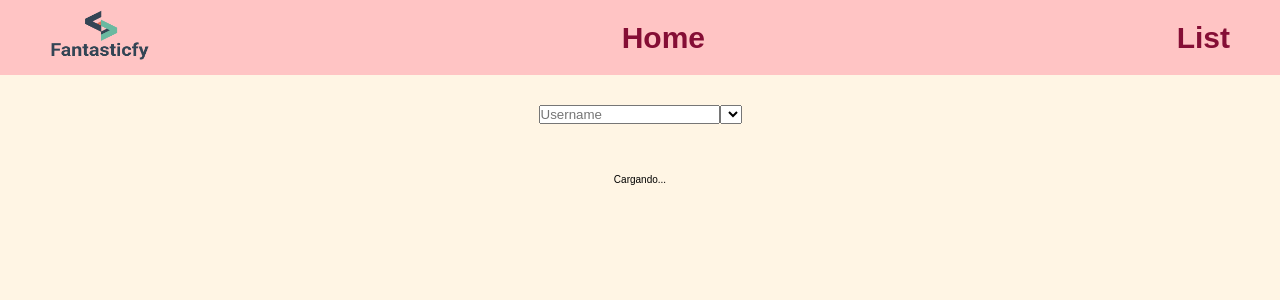
Repository: ChristianGecchelin/fullstack-react-node-fantasticfy
Page: /user-list (app in front/)
The author's editor kept a copy of each file at every save. The page is drawn from the files as they stood at one save, then again after the next save.
The browser window is 1280 px wide. The pictures show the whole page.
The page's requests for data from a server got no answer. The project was rebuilt for these pictures with package versions that can differ from the ones it lists, and the page was loaded fresh each time. No one was signed in, and anything a server would have sent is missing. Also part of the build but not shown: front/src/Components/UserCard/index.css, front/src/Components/UserCard/index.jsx, front/src/Pages/UserProfile.jsx, front/src/App.css.

Above is the page before, as saved 2022-09-05 18:04:36.

### front/src/index.css
:root{
  --main-color:#FFF5E4;
  --secondary-color:#FFC4C4;
  --third-color:#EE6983;
  --fourth-color:#850E35;
}
* {
  margin: 0;
  padding: 0;
  box-sizing: border-box;
}
html {
  font-size: 62.5%;
  font-family: sans-serif;
}
html,body{
  background-color:var(--main-color)
}
ul{
  list-style: none;
}
a{
  text-decoration: none;
}

### front/src/App.js
import { Routes, Route, Link } from "react-router-dom";
import { UserList } from "./Pages/UserList";
import { UserProfile } from "./Pages/UserProfile";
import { Nav } from "./Components/nav/Nav";
import "./App.css";

function App() {
  return (
    <div className="App">
      <Nav />
      <Routes>
        <Route path="/user-list" element={<UserList />} />
        <Route path="/user-profile/:id" element={<UserProfile />} />
      </Routes>
    </div>
  );
}

export default App;

### front/src/Pages/UserList.jsx
import { useEffect, useState } from "react";
import axios from "axios";
import { UserCard } from "../Components/UserCard";
import "./index.css";
export const UserList = () => {
  const [list, setList] = useState([]);
  const [inmutableList, setInmutableList] = useState([]);
  const [genderArray, setGenderArray] = useState([]);
  const [selectValue, setSelectValue] = useState("");
  const [input, setInput] = useState("");

  const getGenderArray = () => {
    if (list) {
      const genders = inmutableList.map((user) => {
        return user.gender;
      });
      let result = genders.filter((item, index) => {
        return genders.indexOf(item) === index;
      });
      setGenderArray(result);
    }
  };
  const getUsers = async () => {
    const response = await axios.get("http://localhost:5005/users");
    setList(response.data);
    setInmutableList(response.data);
  };

  const filterUsersBySelect = () => {
    const filter = inmutableList.filter((user) => {
      return user.gender === selectValue;
    });
    setList(filter);
  };

  const filterByName = () => {
    let result = inmutableList.filter(
      (el) =>
        el.first_name.includes(input) ||
        el.last_name.includes(input) ||
        el.username.includes(input)
    );

    setList(result);
  };

  const handleChangeInput = (e) => {
    setInput(e.target.value);
  };

  const handleChangeSelect = (e) => {
    setSelectValue(e.target.value);
  };

  useEffect(() => {
    getUsers();
  }, []);

  useEffect(() => {
    getGenderArray();
  }, [list]);

  useEffect(() => {
    filterUsersBySelect();
  }, [selectValue]);
  useEffect(() => {
    filterByName();
  }, [input]);
  return (
    <section className="section-page">
      <div className="container--search-bar">
        <input
          type="text"
          value={input}
          onChange={handleChangeInput}
          placeholder="Username"
        />
        <select value={selectValue} onChange={handleChangeSelect}>
          {genderArray.map((gender) => {
            return (
              <option key={gender} value={gender}>
                {gender}
              </option>
            );
          })}
        </select>
      </div>
      <div className="card-list">
        {list.length > 0 ? (
          list.map((user) => {
            return (
              <UserCard
                key={user.id}
                user={user}
                users={list}
                setInmutableList={setInmutableList}
                setList={setList}
              />
            );
          })
        ) : (
          <p>Cargando...</p>
        )}
      </div>
    </section>
  );
};

### front/src/Components/nav/Nav.jsx
import React from "react";
import { Link } from "react-router-dom";
import logo from "../../Assets/logo-fantasticfy.webp";
import "./index.css";
export const Nav = () => {
  return (
    <nav>
      <ul>
        <li>
          <Link to="/">
            <img src={logo} alt="fantasticfy" />
          </Link>
        </li>
        <li>
          <Link to="/">
            <h2>Home</h2>
          </Link>
        </li>
        <li>
          <Link to="/user-list">
            <h2>List</h2>
          </Link>
        </li>
      </ul>
    </nav>
  );
};

### front/src/Pages/index.css
.section-page{
    display: flex;
    flex-direction: column;
    flex-wrap: wrap;
    justify-content: center;
    align-items: center;
    padding: 30px;
    gap: 50px;
}

.card-list{
    display: flex;
    flex-direction: row;
    flex-wrap: wrap;
    justify-content: center;
    align-items: center;
    gap: 60px;
}
.container-user{
    display: flex;
    flex-direction: row;
    justify-content: center;
    align-items:center;
    flex-wrap: wrap;
    gap: 50px;
    padding: 50px 10px;
}
.container-user .img-user{
    height: 250px;
}
.section-relatedUsers{
    display: flex;
    flex-direction: column;
    justify-content: center;
    align-items:center;
    width:100%;
    gap: 60px;
}
.container-relatedUsers{
    display: flex;
    flex-direction: row;
    flex-wrap: wrap;
    justify-content: center;
    align-items:center;
    gap: 60px;
}
.container-info{
    display: flex;
    flex-direction: column;
    justify-content: flex-end;
    align-items:flex-start;
    font-size: 2rem;
    text-align: left;
    gap: 5px;
}

### front/src/Components/nav/index.css
nav{
    height: auto;
    background-color: var(--secondary-color);
}
nav ul{
    display: flex;
    flex-direction: row;
    justify-content: space-between;
    align-items: center;
    padding: 10px 50px;
}
nav a{
    font-size: 2rem;
    line-height: 2.3rem;
    color: var(--fourth-color);
}
nav img{
    width: 100px;
    height: 50px;
}
nav a:visited{
    color: var(--fourth-color);
}

Loaded but not shown: front/public/index.html (common file); front/src/index.js (common file)

After the next save:
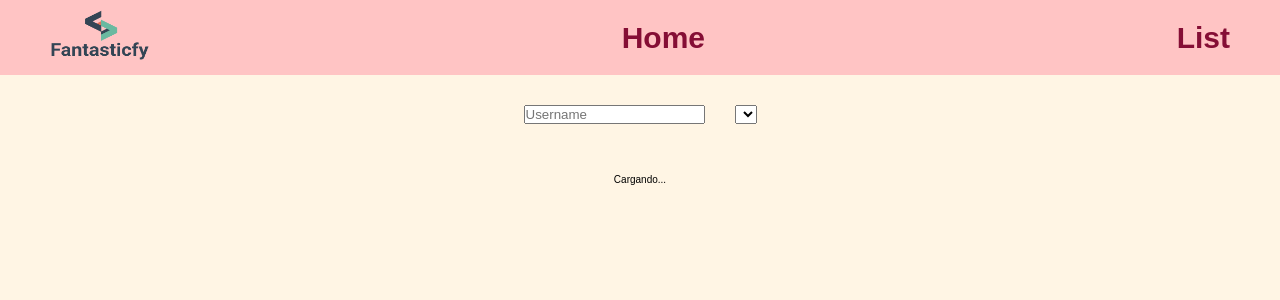
Saved 23 s later.
--- a/front/src/Pages/index.css
+++ b/front/src/Pages/index.css
@@ -6,6 +6,11 @@
     align-items: center;
     padding: 30px;
     gap: 50px;
+}
+.container--search-bar{
+    display: flex;
+    flex-direction: row;
+    gap: 30px;
 }
 
 .card-list{
